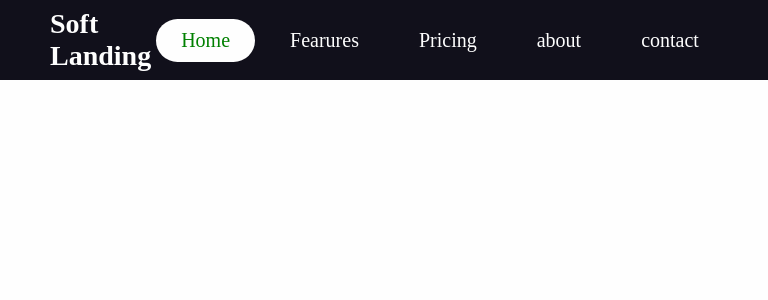
Repository: AMIT1439027/Gobbart-task
Page: index.html
The author's editor kept a copy of each file at every save. The page is drawn from the files as they stood at one save, then again after the next save.
The browser window is 768 px wide. The pictures show the whole page.

Above is the page before, as saved 2024-04-20 14:25:53.

After the next save:
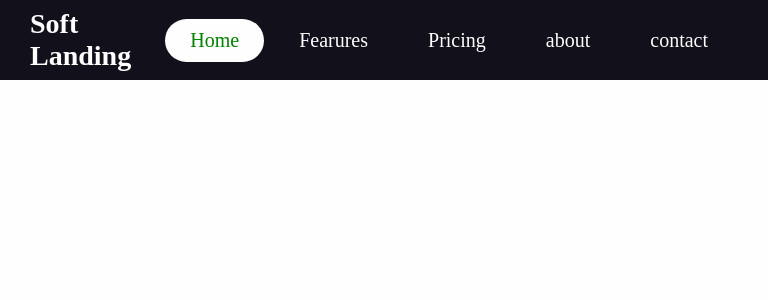
Saved 4 s later.
--- a/style.css
+++ b/style.css
@@ -73,7 +73,5 @@
 }
 
 @media only screen and (max-width:900px){
-    header{
-        padding: 0 50px;
-    }
+
 }
